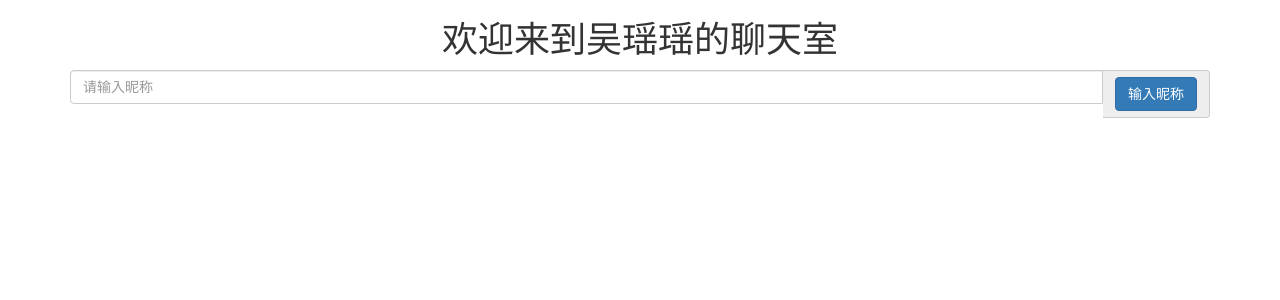
Repository: wyy511/node-socket.io
Page: client.html
The author's editor kept a copy of each file at every save. The page is drawn from the files as they stood at one save, then again after the next save.
The browser window is 1280 px wide. The pictures show the whole page.
The page's requests for data from a server got no answer. Some web libraries are served in a nearby version.

Above is the page before, as saved 2019-11-20 23:40:56.
Console error (its wording comes from the project's code and is left out).

After the next save:
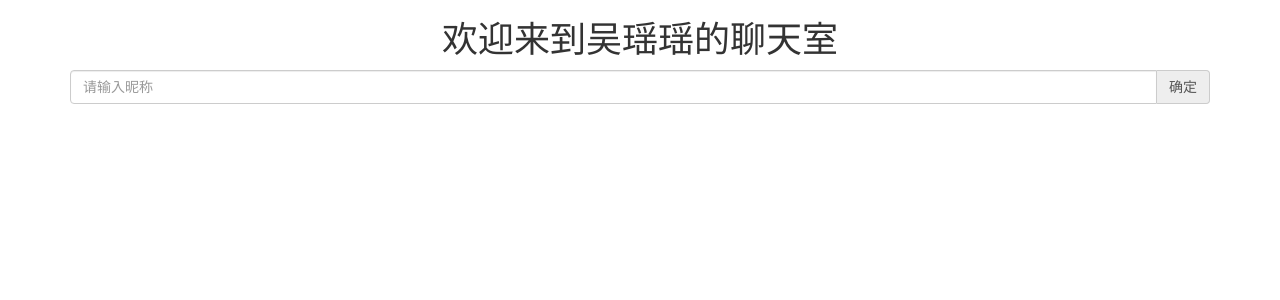
Saved 25 s later.
--- a/client.html
+++ b/client.html
@@ -31,10 +31,8 @@
       <div id="nameBox">
         <div class="input-group">
             <input id="name" class="form-control" type="text" placeholder="请输入昵称">
-          <span class="input-group-addon"><button id="nameBtn" type="button" class="btn btn-primary">输入昵称</button></span>
+          <span id="nameBtn" class="input-group-addon">确定</span>
         </div>
-        <!--
-
       </div>
       <div id="msgBox">
         <input id="msg" onkeydown="enterChart(event)" />
